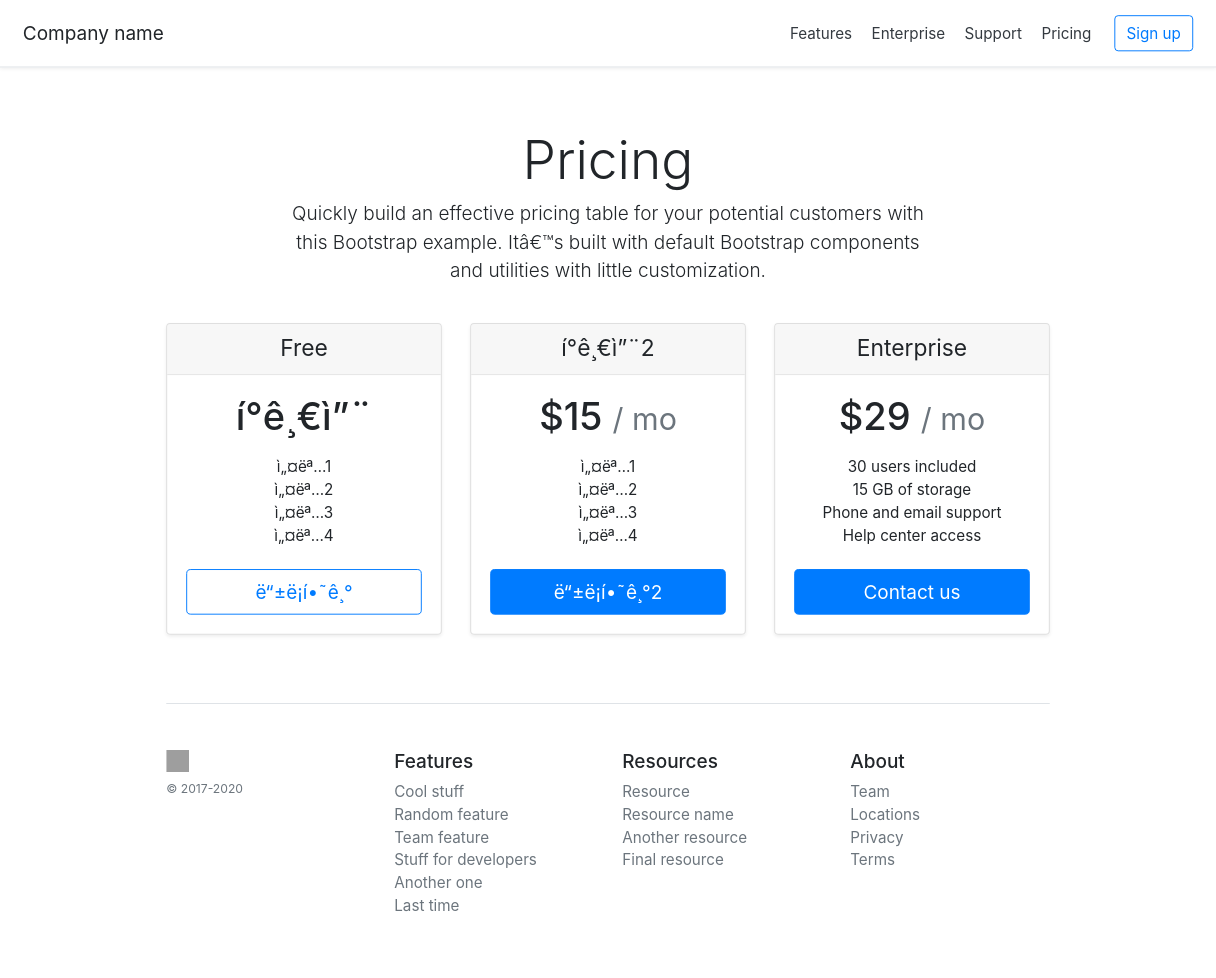
Repository: SettingRhino/innogleantmanager
Page: http://localhost/antmanager/WEB-INF/views/home.jsp
These files come from the project's save history. The page is drawn as it stood at one moment and after the next save; the edit follows.
The browser window is 1280 px wide. The pictures show the whole page, at 95% of full size.
Pictures or frames that could not be fetched are drawn as grey boxes. The page is served by Tomcat 9. Nobody is signed in. The template is opened directly, without the code that normally fills it, so the values that code supplies are empty.

Above is the page before, as saved 2020-06-07 17:01:32.

After the next save:
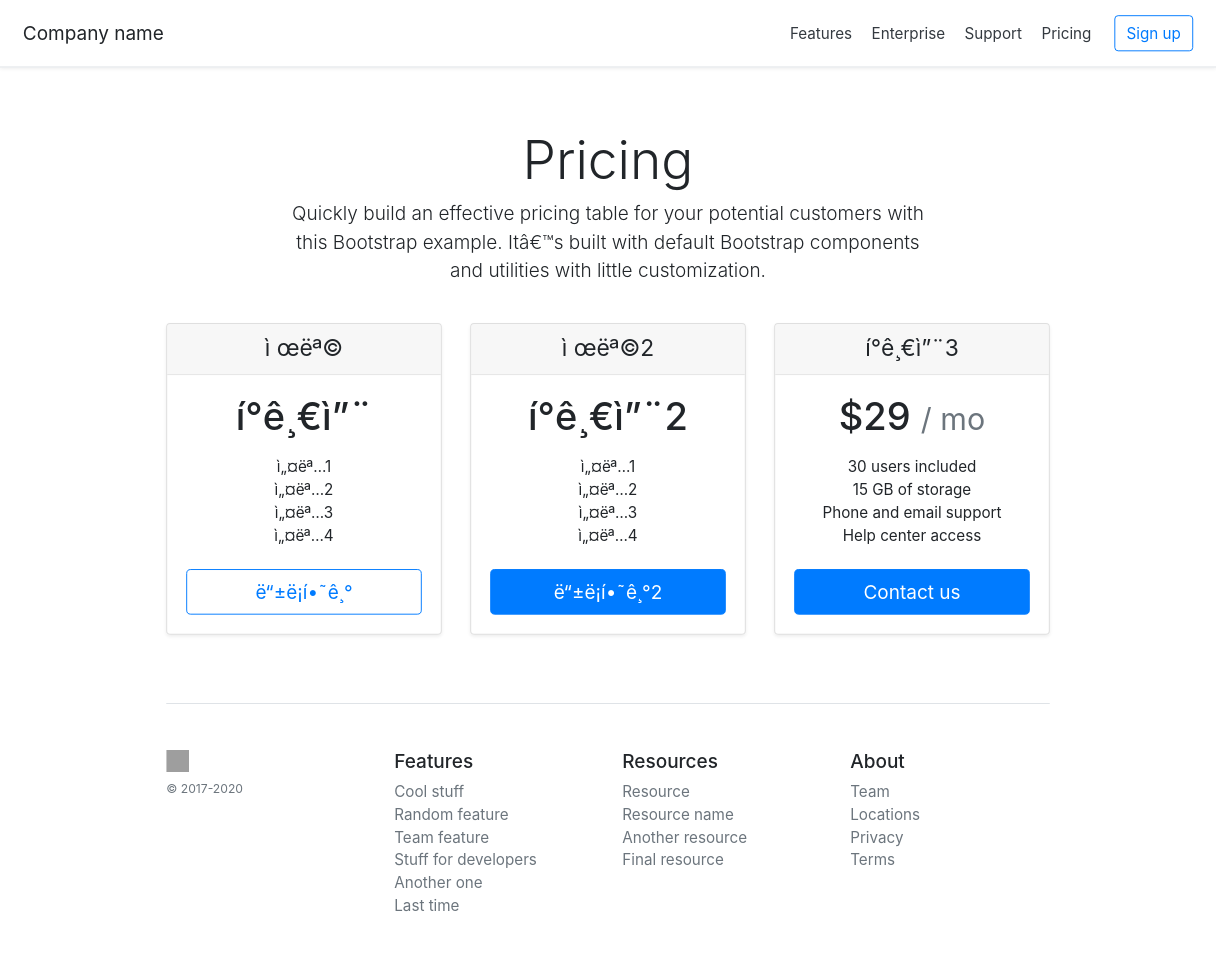
Saved 53 s later.
--- a/antmanager/src/main/webapp/WEB-INF/views/home.jsp
+++ b/antmanager/src/main/webapp/WEB-INF/views/home.jsp
@@ -61,7 +61,7 @@
   <div class="card-deck mb-3 text-center">
     <div class="card mb-4 shadow-sm">
       <div class="card-header">
-        <h4 class="my-0 font-weight-normal">Free</h4>
+        <h4 class="my-0 font-weight-normal">제목</h4>
       </div>
       <div class="card-body">
         <h1 class="card-title pricing-card-title">큰글씨</h1>
@@ -76,10 +76,10 @@
     </div>
     <div class="card mb-4 shadow-sm">
       <div class="card-header">
-        <h4 class="my-0 font-weight-normal">큰글씨2</h4>
+        <h4 class="my-0 font-weight-normal">제목2</h4>
       </div>
       <div class="card-body">
-        <h1 class="card-title pricing-card-title">$15 <small class="text-muted">/ mo</small></h1>
+        <h1 class="card-title pricing-card-title">큰글씨2</h1>
         <ul class="list-unstyled mt-3 mb-4">
           <li>설명1</li>
           <li>설명2</li>
@@ -91,7 +91,7 @@
     </div>
     <div class="card mb-4 shadow-sm">
       <div class="card-header">
-        <h4 class="my-0 font-weight-normal">Enterprise</h4>
+        <h4 class="my-0 font-weight-normal">큰글씨3</h4>
       </div>
       <div class="card-body">
         <h1 class="card-title pricing-card-title">$29 <small class="text-muted">/ mo</small></h1>
